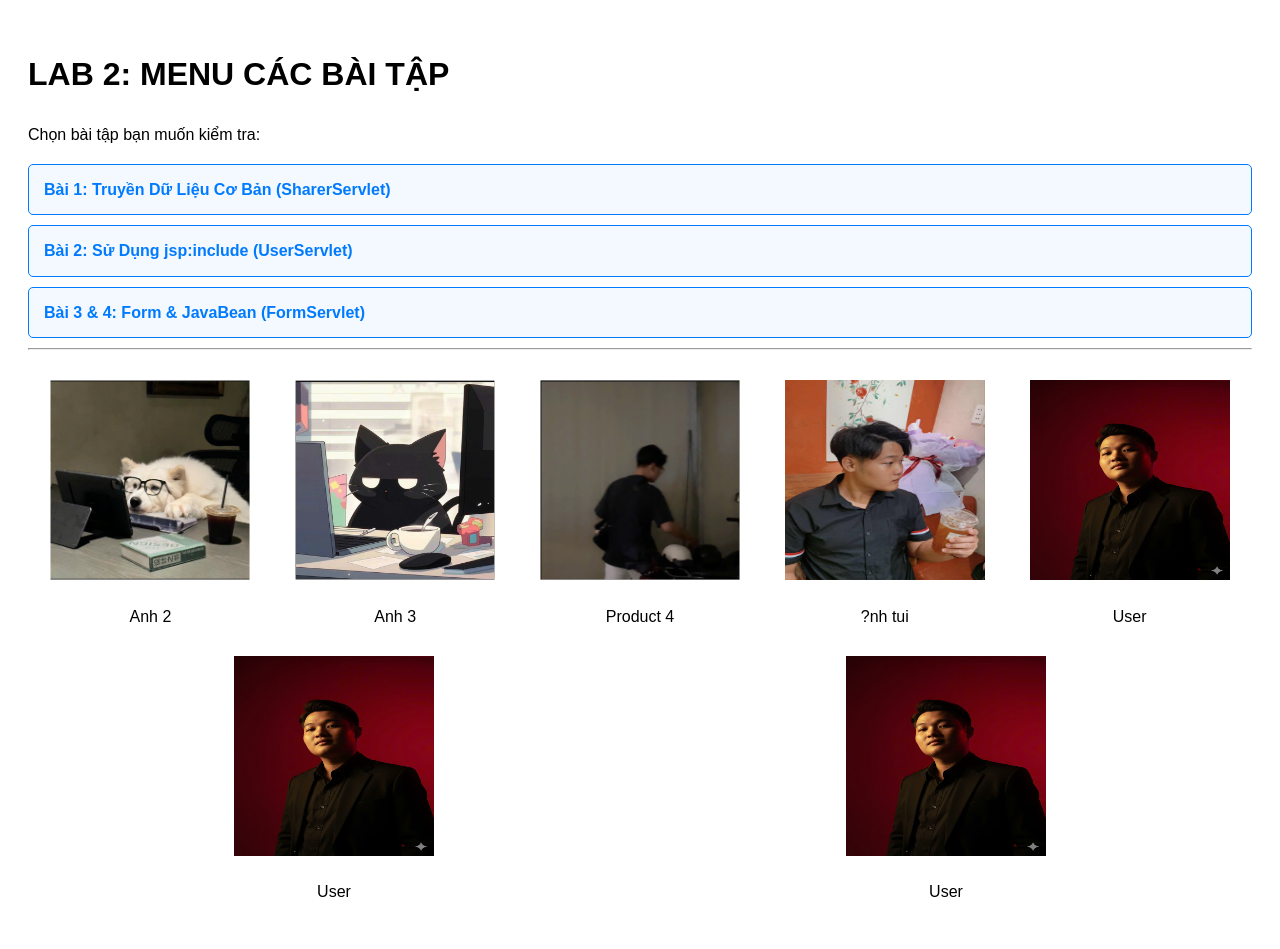
Repository: anhb287/Lab1_8_JAV101
Page: http://localhost/Lab2_TV00062_JAV101/index.jsp
The author's editor kept a copy of each file at every save. The page is drawn from the files as they stood at one save, then again after the next save.
The browser window is 1280 px wide. The pictures show the whole page.
The page is served by Tomcat 10. Other server files are loaded and not shown.

Above is the page before, as saved 2025-11-10 17:52:51.

### Lab2_TV00062_JAV101/src/main/webapp/index.jsp
<%@ page language="java" contentType="text/html; charset=UTF-8" pageEncoding="UTF-8"%>
<%@ taglib prefix="c" uri="http://java.sun.com/jsp/jstl/core" %>
<!DOCTYPE html>
<html>
<head>
    <meta charset="UTF-8">
    <title>LAB 2: Menu Điều Hướng</title>
    <style>
    .container {
        display: flex; /* Bật chế độ Flexbox */
        flex-wrap: wrap; /* Cho phép các mục nhảy xuống hàng mới nếu không đủ chỗ */
        justify-content: space-around; /* Căn giữa các item và tạo khoảng trống đồng đều giữa chúng */
        margin-top: 20px;
    }
        body { font-family: Arial, sans-serif; line-height: 1.6; padding: 20px; }
        .menu-link {
            display: block;
            margin: 10px 0;
            padding: 12px 15px;
            border: 1px solid #007bff;
            border-radius: 5px;
            text-decoration: none;
            color: #007bff;
            background-color: #f4f8ff;
            font-weight: bold;
        }
        .menu-link:hover {
            background-color: #007bff;
            color: white;
        }
    </style>
</head>
<body>
    <h1>LAB 2: MENU CÁC BÀI TẬP</h1>
    <p>Chọn bài tập bạn muốn kiểm tra:</p>

    <div class="menu">
        <a href="sharer" class="menu-link">Bài 1: Truyền Dữ Liệu Cơ Bản (SharerServlet)</a>
        <a href="user" class="menu-link">Bài 2: Sử Dụng jsp:include (UserServlet)</a>
        <a href="form/update" class="menu-link">Bài 3 & 4: Form & JavaBean (FormServlet)</a>
    </div>
    <hr>
<div class ="container">
    <div class="item">
        <jsp:include page="item.jsp">
            <jsp:param name="name" value="Anh 2"/>
            <jsp:param name="img" value="anh2.png"/>
        </jsp:include>
    </div>

    <div class="item">
        <jsp:include page="item.jsp">
            <jsp:param name="name" value="Anh 3"/>
            <jsp:param name="img" value="anh3.png"/>
        </jsp:include >
    </div>

    <div class="item">
        <jsp:include page="item.jsp">
            <jsp:param name="name" value="Product 4"/>
            <jsp:param name="img" value="anh4.png"/>
        </jsp:include>
    </div>
    <div class="item">
        <jsp:include page="item.jsp">
            <jsp:param name="name" value="ảnh tui"/>
            <jsp:param name="img" value="anh7.jpg"/>
        </jsp:include>
    </div>
     <div class="item">
        <jsp:include page="item.jsp">
            <jsp:param name="name" value="User"/>
            <jsp:param name="img" value="anh8.jpg"/>
        </jsp:include>
    </div>
    <div class="item">
        <jsp:include page="item.jsp">
            <jsp:param name="name" value="User"/>
            <jsp:param name="img" value="anh8.jpg"/>
        </jsp:include>
    </div>
    <div class="item">
        <jsp:include page="item.jsp">
            <jsp:param name="name" value="User"/>
            <jsp:param name="img" value="anh8.jpg"/>
        </jsp:include>
    </div>


   </div>
</body>
</html>

### Lab2_TV00062_JAV101/src/main/webapp/item.jsp
<div class="div_item" style="margin: 10px; text-align:center;">
   <img src="/Lab2_TV00062_JAV101/img/${param.img}" width="200px" height="200px"/>
   <p>${param.name}</p>
</div>

After the next save:
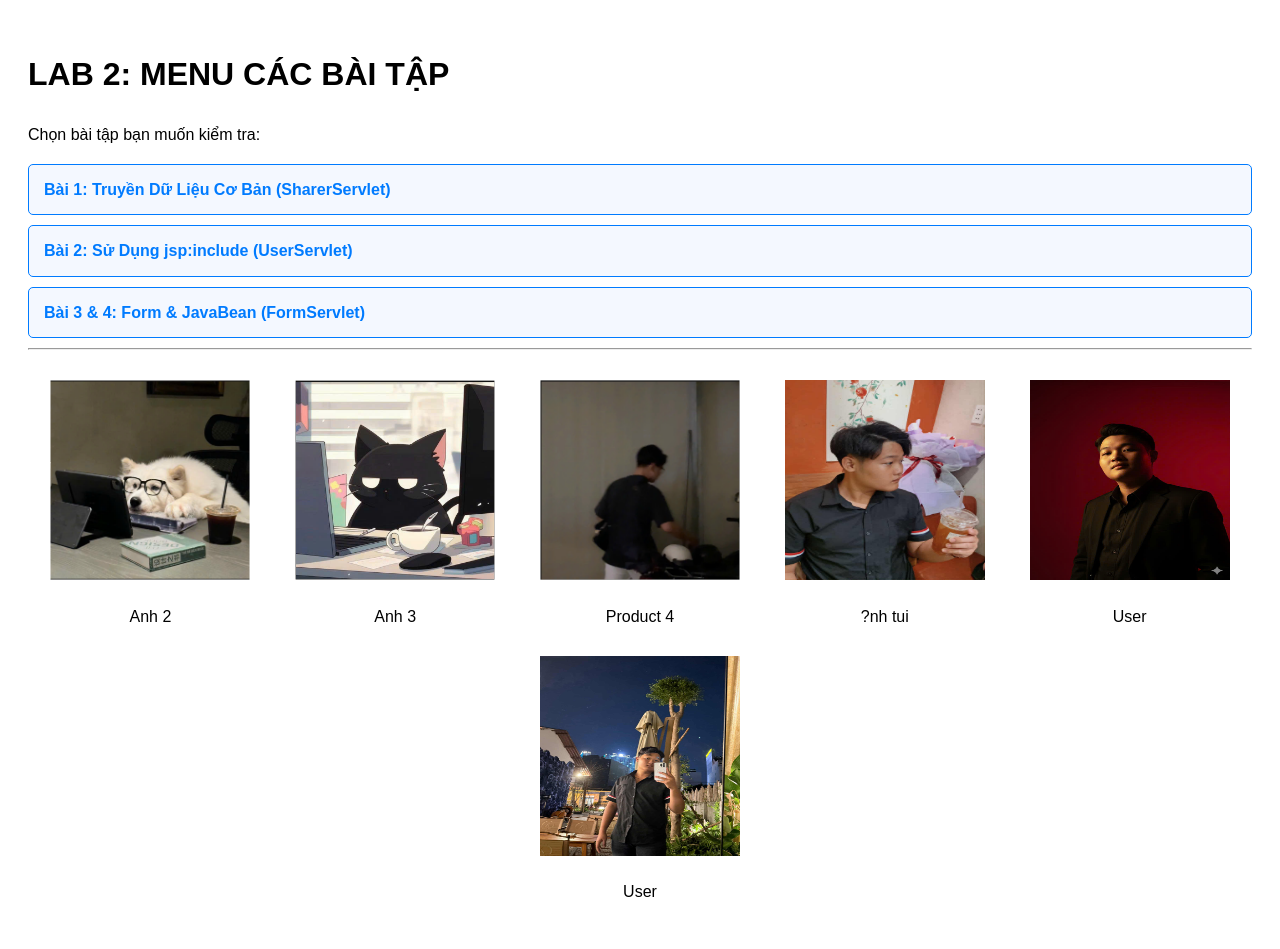
Saved 23 s later.
--- a/Lab2_TV00062_JAV101/src/main/webapp/index.jsp
+++ b/Lab2_TV00062_JAV101/src/main/webapp/index.jsp
@@ -76,15 +76,10 @@
     <div class="item">
         <jsp:include page="item.jsp">
             <jsp:param name="name" value="User"/>
-            <jsp:param name="img" value="anh8.jpg"/>
+            <jsp:param name="img" value="anhnen.jpg"/>
         </jsp:include>
     </div>
-    <div class="item">
-        <jsp:include page="item.jsp">
-            <jsp:param name="name" value="User"/>
-            <jsp:param name="img" value="anh8.jpg"/>
-        </jsp:include>
-    </div>
+
 
 
    </div>
